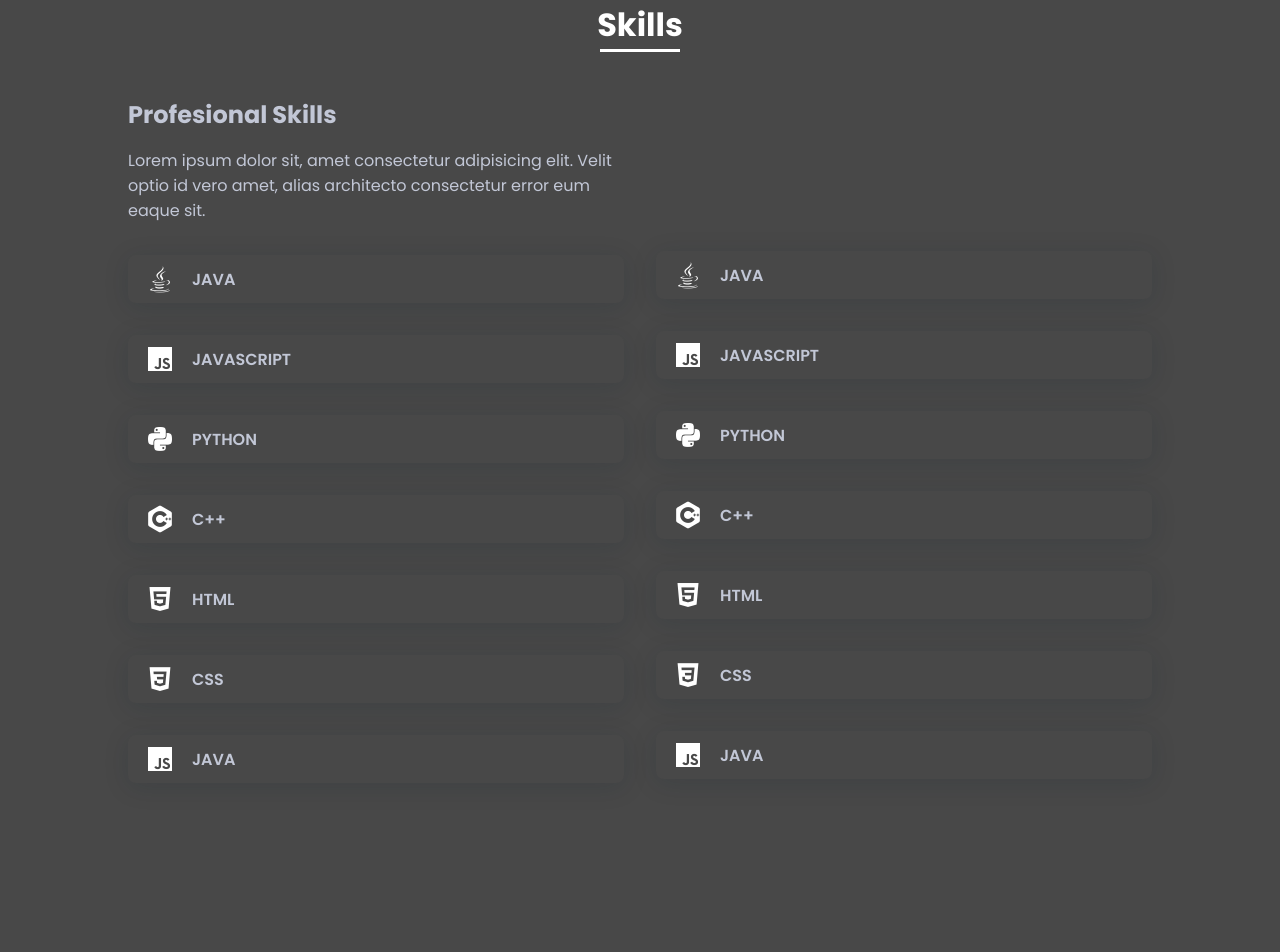
Repository: joshliu14/joshliu14.github.io
Page: index.html
An editor plug-in stored every save of this project. The page is shown before and after the next save, followed by the edit.
The browser window is 1280 px wide. The pictures show the part of the page from y = 1241 to 2193 px (the page is 3595 px tall).
A picture or video elsewhere on the page could not be fetched, so the positions and the page height are approximate.

Above is the page before, as saved 2024-02-01 00:07:12.

After the next save:
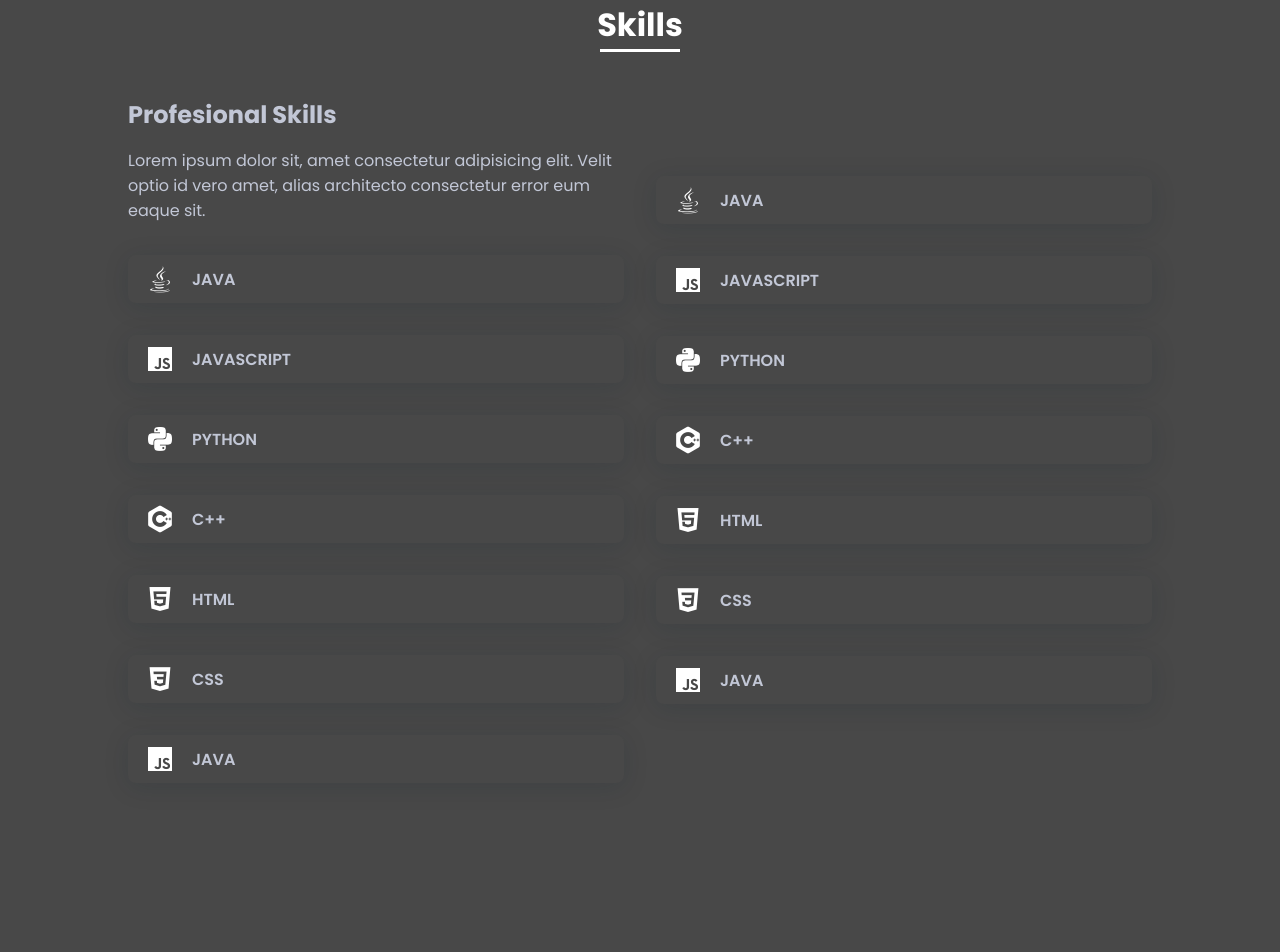
Saved 2 min 12 s later.
--- a/index.html
+++ b/index.html
@@ -180,13 +180,7 @@
             </div>
           </div>
 
-          <div>
-            <br />
-            <br />
-            <br />
-            <br />
-            <br />
-            <br />
+          <div class="skills__column2">
             <div class="skills__data">
               <div class="skills__names">
                 <i class="bx bxl-java skills__icon"></i>
